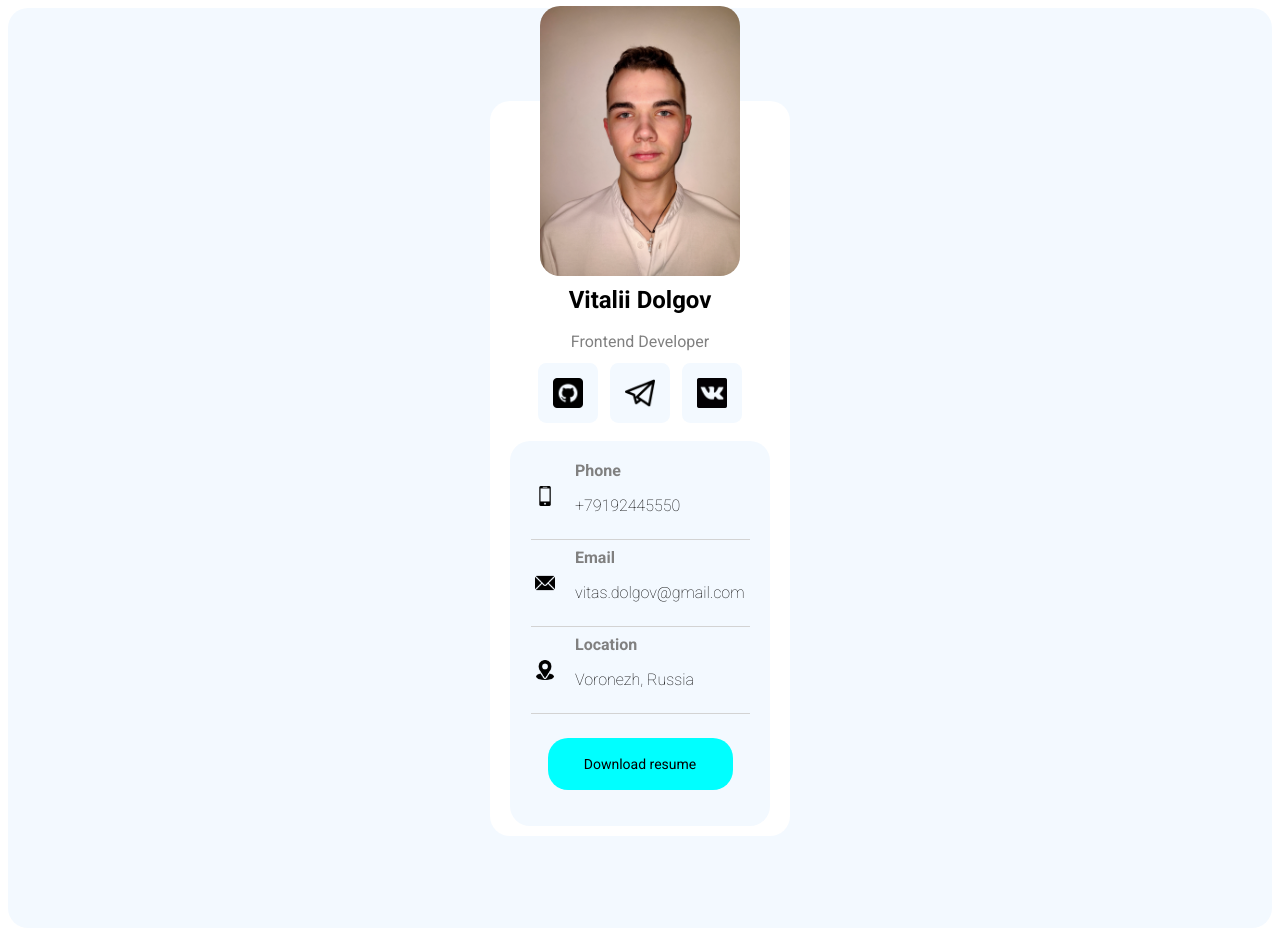
Repository: VitasYo/User_card
Page: src/index.html
These files come from the project's save history. The page is drawn as it stood at one moment and after the next save; the edit follows.
The browser window is 1280 px wide. The pictures show the whole page.

Above is the page before, as saved 2024-04-10 00:43:52.

### src/index.html
<!DOCTYPE html>
<html lang="ru">
  <head>
    <meta charset="UTF-8" />
    <meta name="viewport" content="width=device-width, initial-scale=1.0" />
    <title>First html</title>
    <link rel="stylesheet" href="../assets/css/index.css" />
    <script src="script.js"></script>
  </head>
  <body>
    <section class="container">
      <div class="container_card">
        <img class="avatar" src="../assets/img/Фото.jpg" alt="" />
        <div class="user-info">
          <h1>Vitalii Dolgov</h1>
          <div class="position">Frontend Developer</div>
        </div>
        <div>
          <a href="#"
            ><img class="icon" src="../assets/img/github.png" alt="github"
          /></a>
          <a href="#"
            ><img class="icon" src="../assets/img/telegram.png" alt="telegram"
          /></a>
          <a href="#"
            ><img class="icon" src="../assets/img/vk.png" alt="vk"
          /></a>
        </div>
        <div class="items_card">
          <div class="items_string">
            <img class="card_icon" src="../assets/img/phone.png" />
            <div class="card_info">
              <div><h4>Phone</h4></div>
              <div><p>+79192445550</p></div>
            </div>
          </div>
          <hr class="stripe" noshade width="217" size="1" color="lightgrey">
          <div class="items_string">
            <img class="card_icon" src="../assets/img/email.png" />
            <div class="card_info">
              <div><h4>Email</h4></div>
              <div><p>vitas.dolgov@gmail.com</p></div>
            </div>
          </div>
          <hr class="stripe" noshade width="217" size="1" color="lightgrey">
          <div class="items_string">
            <img class="card_icon" src="../assets/img/location.png" />
            <div class="card_info">
              <div><h4>Location</h4></div>
              <div><p>Voronezh, Russia</p></div>
            </div>
          </div>
          <hr class="stripe" noshade width="217" size="1" color="lightgrey">
          <button class="button">Download resume</button>
        </div>
      </div>
    </section>
  </body>
</html>

### assets/css/index.css
@import url("https://fonts.googleapis.com/css2?family=Roboto:ital,wght@0,100;0,300;0,400;0,500;0,700;0,900;1,100;1,300;1,400;1,500;1,700;1,900&display=swap");
* {
  font-family: "Roboto", sans-serif;
}

.container h1 {
  margin-top: 10px;
  margin-bottom: 0;
}

.container h4 {
  margin-top: 0;
  margin-bottom: 0;
  color: gray;
}

.container p {
  font-weight: 200;
}

.container {
  display: flex;
  flex-direction: column;
  align-items: center;
  background-color: rgb(243, 249, 255);
  border-radius: 20px;
  height: 920px;
  justify-content: center;
}

.container_card {
  display: flex;
  flex-direction: column;
  align-items: center;
  background-color: white;
  border-radius: 20px;
  width: 300px;
}

.position {
  color: gray;
  margin-top: 8px;
}

.avatar {
  margin-top: -95px;
  width: 200px;
  height: 270px;
  border-radius: 20px;
}

.user-info {
  margin-bottom: 8px;
  display: flex;
  flex-direction: column;
  align-items: center;
  gap: 10px;
}

.icon {
  width: 30px;
  height: 30px;
  padding: 15px;
  background-color: rgb(243, 249, 255);
  border-radius: 8.27px;
  margin: 4px;
}

.items_card {
  background-color: rgb(243, 249, 255);
  border-radius: 20px;
  width: 260px;
  padding: 20px 0;
  margin: 10px 0;
  align-items: center;
  display: flex;
  flex-direction: column;
}

.items_string {
  justify-content: center;
  align-items: center;
  display: flex;
  border-bottom: 1px;
  border-width: 1px;
}

.card_icon {
  width: 20px;
  height: 20px;
  padding: 0 10px;
}

.card_info {
  margin-left: 10px;
  font-size: 16px;
  width: 180px;
}

.button {
  margin: 16px 0;
  background-color: aqua;
  border-radius: 20px;
  border-width: 0;
  width: 185px;
  height: 52px;
  font-size: 14px;
  cursor: pointer;
}

Loaded but not shown: src/script.js (no stored copy; drawn as an empty file)

After the next save:
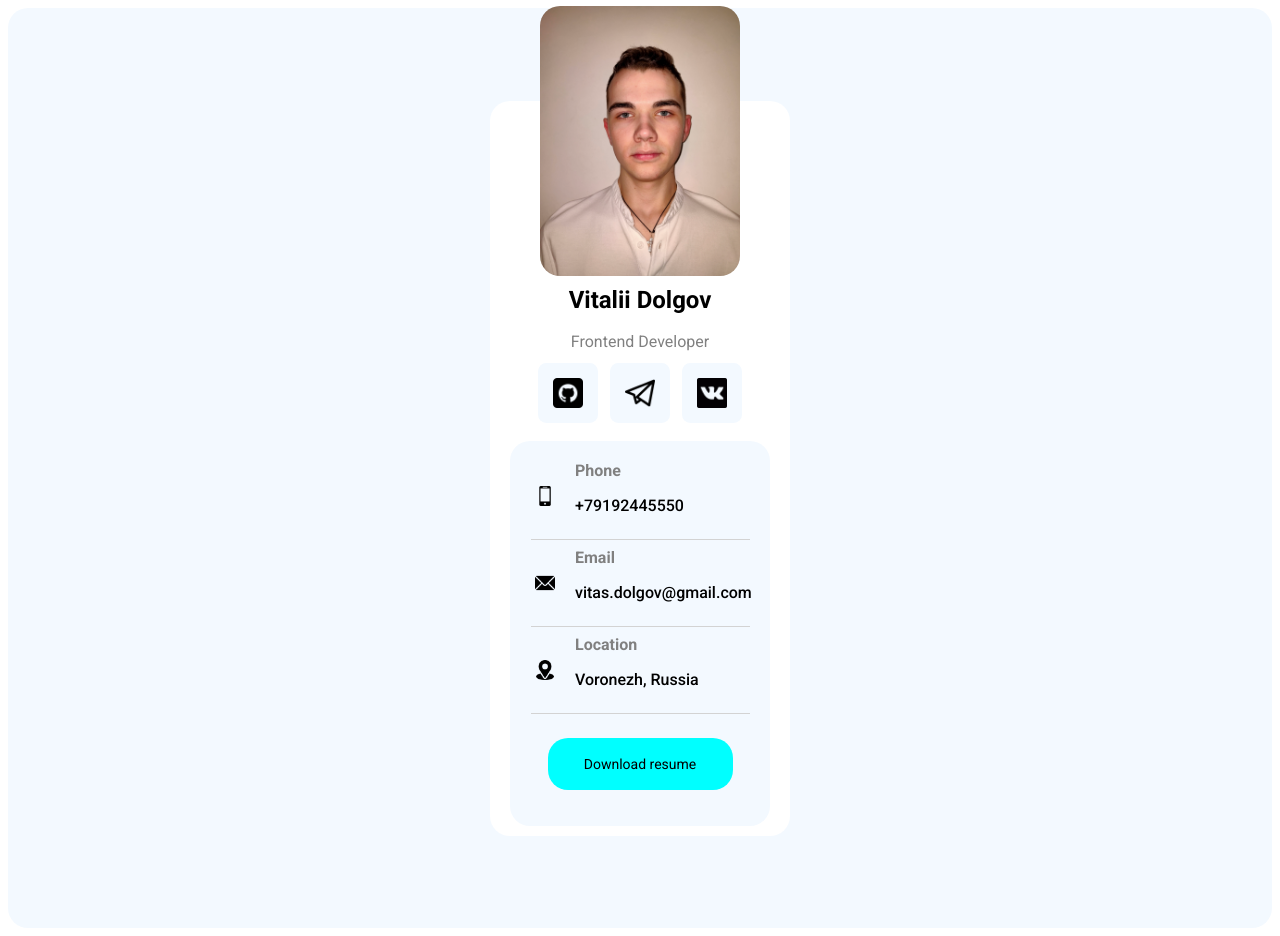
Saved 4 s later.
--- a/assets/css/index.css
+++ b/assets/css/index.css
@@ -15,7 +15,7 @@
 }
 
 .container p {
-  font-weight: 200;
+  font-weight: 500;
 }
 
 .container {
